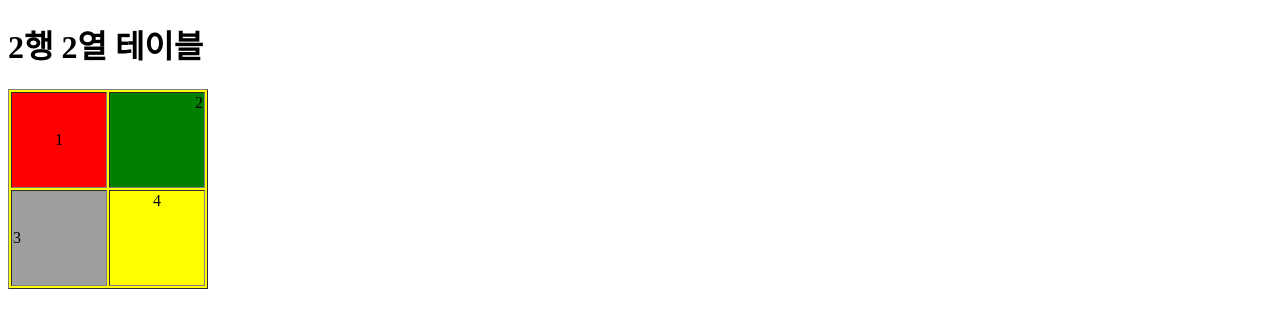
Repository: sungken/htmlProject
Page: ClientTest/src/main/webapp/html/ex15_table.html
An editor plug-in stored every save of this project. The page is shown before and after the next save, followed by the edit.
The browser window is 1280 px wide. The pictures show the whole page.
Pictures or frames that could not be fetched are drawn as grey boxes.

Above is the page before, as saved 2024-03-13 06:20:49.

### ClientTest/src/main/webapp/html/ex15_table.html
<!DOCTYPE html>
<html>
<head>
<meta charset="UTF-8">
<title>Insert title here</title>
</head>
<body>
	<!-- ex15_table.html -->
	<!--

	표, table
	1. 표를 만들기 위해서 사용
	2. 레이아웃을 만들기 위해서 사용

	테이블의 구성요소
	1. 가장 큰 상자
		- <table>
		- 테이블 전체 컨테이너

	2. 중간 긴 상자
		- <tr>
		- table row
		- 테이블 행

	3. 가장 작은 상자
		- <tb>
		- table data
		- 테이블 셀
		- 데이터를 담는 태그
		-

	 -->
	 <h1>2행 2열 테이블</h1>
	<table border="1" width="200" height="200" bgcolor="yellow">
		<tr bgcolor="green">
			<td align="center" valign="middle" bgcolor="red">1</td>
			<td align="right" valign="top">2</td>
		</tr>
		<tr>
			<td background="images/man_01.png">3</td>
			<td align="center" valign="baseline">4</td>
		</tr>


	</table>


</body>
</html>

After the next save:
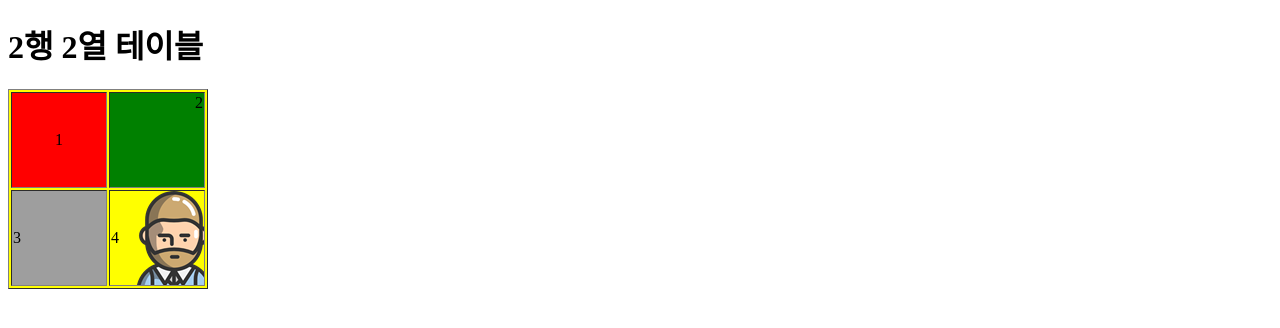
Saved 13 s later.
--- a/ClientTest/src/main/webapp/html/ex15_table.html
+++ b/ClientTest/src/main/webapp/html/ex15_table.html
@@ -38,7 +38,7 @@
 		</tr>
 		<tr>
 			<td background="images/man_01.png">3</td>
-			<td align="center" valign="baseline">4</td>
+			<td background="images/man_02.png">4</td>
 		</tr>
 
 
